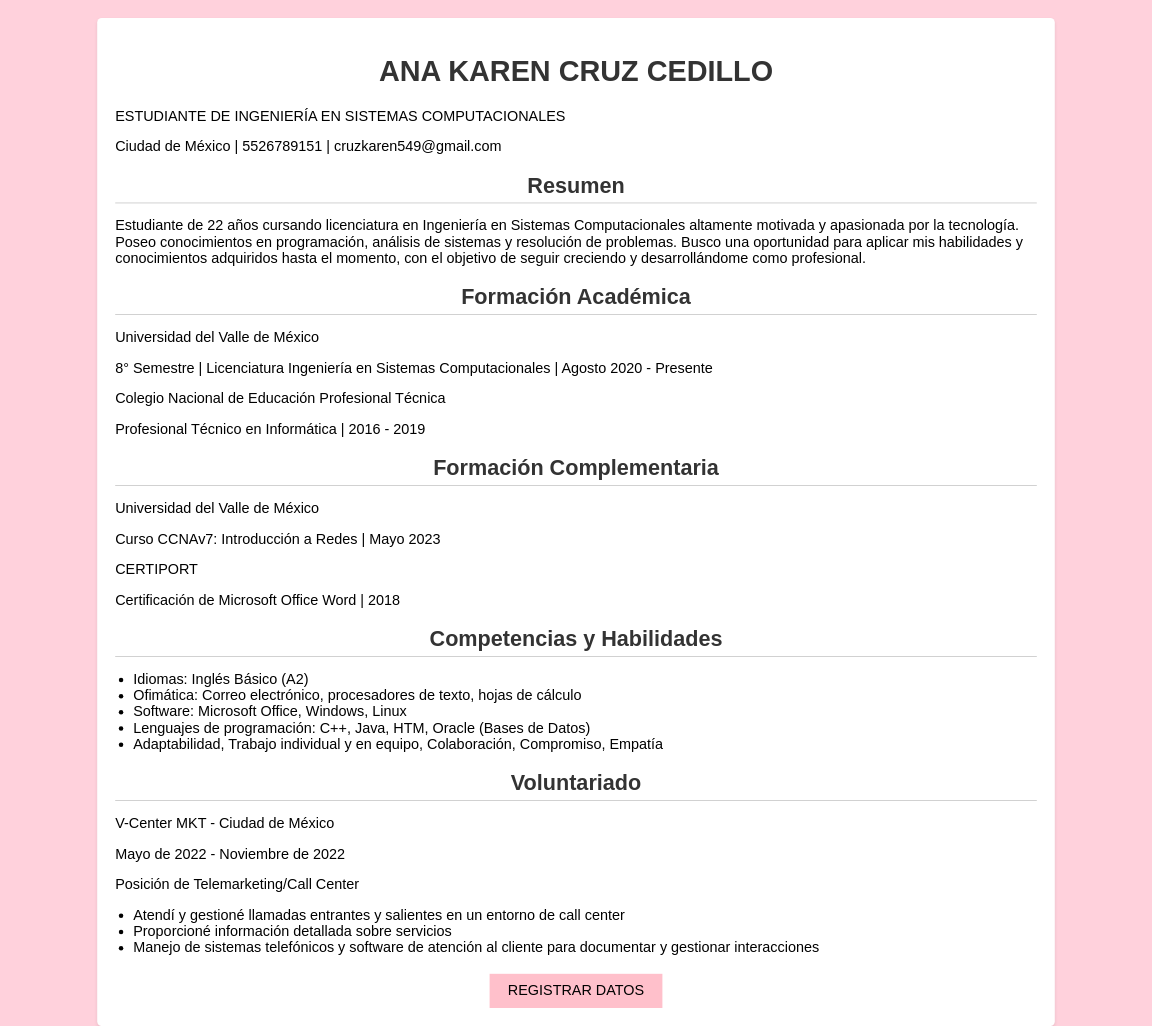
Repository: UVMCoyoacan/InnovaWeb
Page: indexcvkaren.html
An editor plug-in stored every save of this project. The page is shown before and after the next save, followed by the edit.
The browser window is 1280 px wide. The pictures show the whole page, at 90% of full size.

Above is the page before, as saved 2024-03-01 10:29:09.

After the next save:
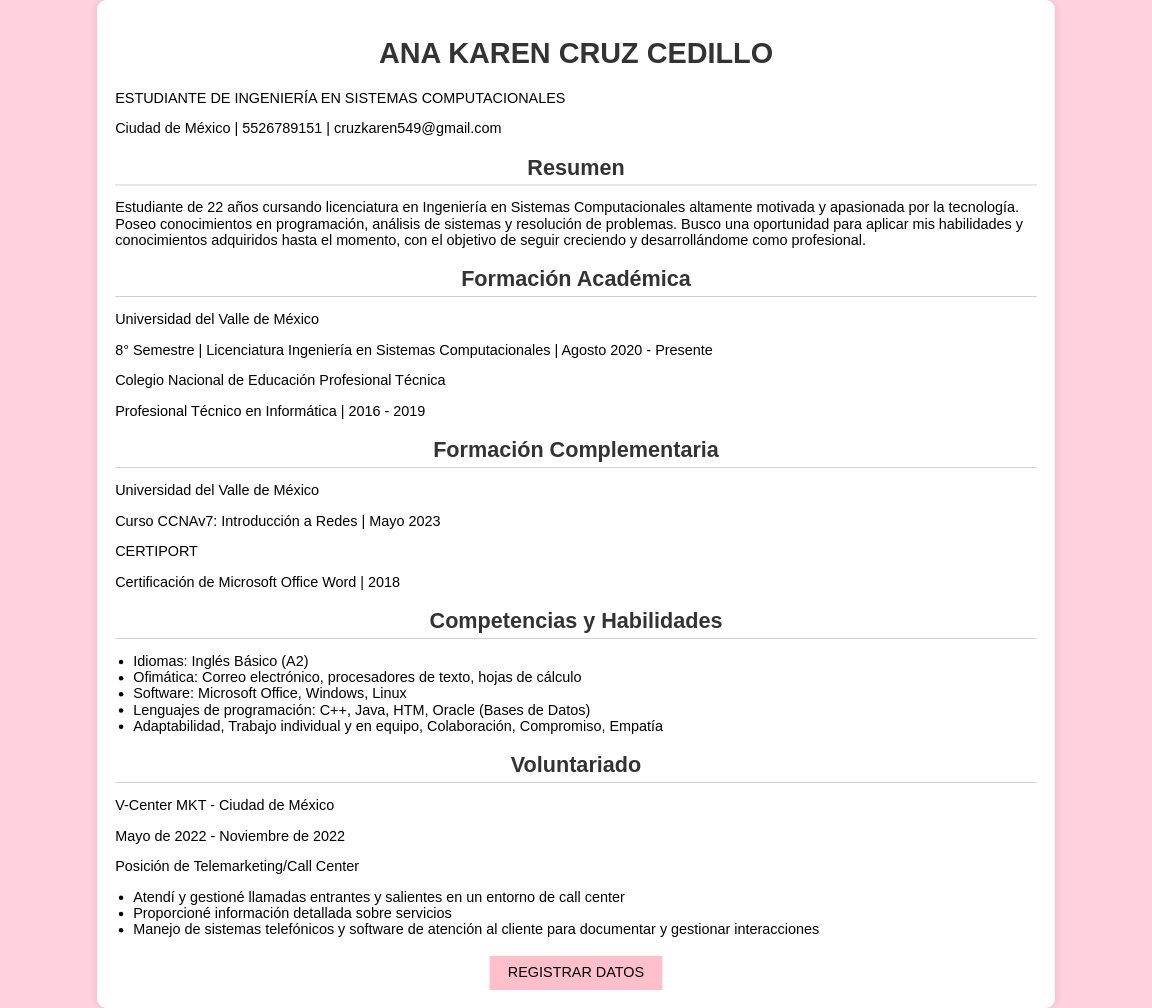
Saved 38 s later.
--- a/stylescvkaren.css
+++ b/stylescvkaren.css
@@ -14,16 +14,6 @@ body {
     box-shadow: 0 0 10px rgba(0, 0, 0, 0.1);
 }
 
-
-.container {
-    width: 80%;
-    margin: auto;
-    padding: 20px;
-    background-color: #fff;
-    box-shadow: 0 2px 4px rgba(0,0,0,0.1);
-    border-radius: 5px;
-    margin-top: 20px;
-}
 
 h1, h2 {
     color: #333;
